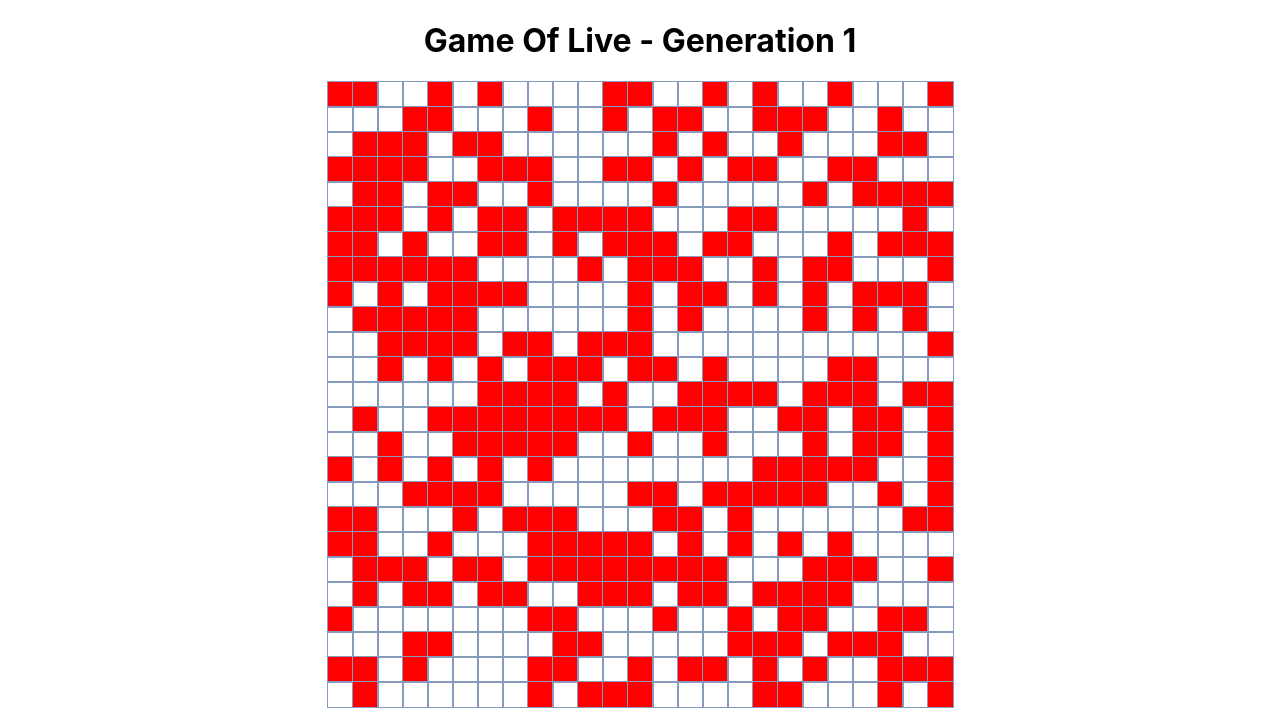
Repository: cfaguilera20/gol
Page: /
These files come from the project's save history. The page is drawn as it stood at one moment and after the next save; the edit follows.
The browser window is 1280 px wide. The pictures show the whole page.
The project was rebuilt for these pictures with package versions that can differ from the ones it lists, and the page was loaded fresh each time.

Above is the page before, as saved 2021-07-25 12:09:08.

### src/App.js
import './App.css';

import World from './components/World.jsx';

function App() {
    return (
        <div className="App">
            <World />
        </div>
    );
}

export default App;

### src/components/World.jsx
import React, { useState } from 'react';
import './World.css';

const WORLD_SIZE = 25;
const WORLD_POPULATION = Math.round(WORLD_SIZE * WORLD_SIZE * 0.25);

const World = (props) => {
    const [world, setWorld] = useState(
        createWorld(WORLD_SIZE, WORLD_POPULATION)
    );
    const [generation, setGenerarion] = useState(1);

    return (
        <>
            <h1>Game Of Live - Generation {generation}</h1>
            <div className="world">
                {world.board.map((row, rowIdx) => (
                    <div key={rowIdx} className="row">
                        {row.map((cell, cellIdx) => {
                            const className = getCellClassName(
                                cell.value,
                                world
                            );
                            return (
                                <div key={cellIdx} className={className}></div>
                            );
                        })}
                    </div>
                ))}
            </div>
        </>
    );
};

class Cell {
    constructor(x, y, value) {
        this.x = x;
        this.y = y;
        this.value = value;
    }
}

class Board {
    constructor(size, population) {
        this.size = size;
        this.currentPopulation = 0;
        this.population = population;
        this.board = [];
        this.createBoard();
    }

    createBoard() {
        for (let y = 0; y < this.size; y++) {
            this.board[y] = [];
            for (let x = 0; x < this.size; x++) {
                const isAlive = Math.round(Math.random());
                this.board[y][x] = new Cell(x, y, isAlive);
                this.population++;
            }
        }
    }

    getCell(x, y) {
        return this.board[y][x];
    }

    setCell(x, y, value) {
        this.board[y][x].value = value;
    }

    getNeighbors(x, y) {
        const neighbors = [];
        const neighborsIdx = [
            [1, 0],
            [-1, 0],
            [0, 1],
            [0, -1],
            [1, 1],
            [1, -1],
            [-1, 1],
            [-1, -1],
        ];
        neighborsIdx.forEach(([dx, dy]) => {
            const [nx, ny] = [x + dx, y + dy];
            if (nx >= 0 && nx < this.size && ny >= 0 && ny < this.size) {
                neighbors.push(this.board[ny][nx]);
            }
        });
        return neighbors;
    }
}

const createWorld = (WORLD_SIZE, WORLD_POPULATION) => {
    const board = new Board(WORLD_SIZE, WORLD_POPULATION);
    return board;
};

const getCellClassName = (cellValue, board) => {
    let className = 'cell';
    if (cellValue === 1) {
        className = 'cell cell-red';
    }
    return className;
};

export default World;

### src/components/world.css
.row {
    height: 25px;
}

.cell {
    width: 25px;
    height: 25px;
    outline: 1px solid rgb(134, 154, 189);
    display: inline-block;
}

.cell-green {
    background-color: green;
}

.cell-red {
    background-color: red;
}

.cell-purple {
    background-color: purple;
}

### src/components/Board.jsx
import React, { useState } from 'react';
import './World.css';

const WORLD_SIZE = 25;
const WORLD_POPULATION = Math.round(WORLD_SIZE * WORLD_SIZE * 0.25);

const Board = (props) => {
    const [world, setWorld] = useState(
        createWorld(WORLD_SIZE, WORLD_POPULATION)
    );
    const [generation, setGenerarion] = useState(1);

    return (
        <>
            <h1>Game Of Live - Generation {generation}</h1>
            <div className="world">
                {world.board.map((row, rowIdx) => (
                    <div key={rowIdx} className="row">
                        {row.map((cell, cellIdx) => {
                            const className = getCellClassName(
                                cell.value,
                                world
                            );
                            return (
                                <div key={cellIdx} className={className}></div>
                            );
                        })}
                    </div>
                ))}
            </div>
        </>
    );
};

class Cell {
    constructor(x, y, value) {
        this.x = x;
        this.y = y;
        this.value = value;
    }
}

class World {
    constructor(size, population) {
        this.size = size;
        this.currentPopulation = 0;
        this.population = population;
        this.board = [];
        this.createBoard();
    }

    createBoard() {
        for (let y = 0; y < this.size; y++) {
            this.board[y] = [];
            for (let x = 0; x < this.size; x++) {
                const isAlive = Math.round(Math.random());
                this.board[y][x] = new Cell(x, y, isAlive);
                this.population++;
            }
        }
    }

    getCell(x, y) {
        return this.board[y][x];
    }

    setCell(x, y, value) {
        this.board[y][x].value = value;
    }

    getNeighbors(x, y) {
        const neighbors = [];
        const neighborsIdx = [
            [1, 0],
            [-1, 0],
            [0, 1],
            [0, -1],
            [1, 1],
            [1, -1],
            [-1, 1],
            [-1, -1],
        ];
        neighborsIdx.forEach(([dx, dy]) => {
            const [nx, ny] = [x + dx, y + dy];
            if (nx >= 0 && nx < this.size && ny >= 0 && ny < this.size) {
                neighbors.push(this.board[ny][nx]);
            }
        });
        return neighbors;
    }
}

const createWorld = (WORLD_SIZE, WORLD_POPULATION) => {
    const board = new World(WORLD_SIZE, WORLD_POPULATION);
    return board;
};

const getCellClassName = (cellValue, board) => {
    let className = 'cell';
    if (cellValue === 1) {
        className = 'cell cell-red';
    }
    return className;
};

export default Board;

Loaded but not shown: public/index.html (common file); src/index.js (common file); src/index.css (common file); src/reportWebVitals.js (common file); src/App.css (common file)

After the next save:
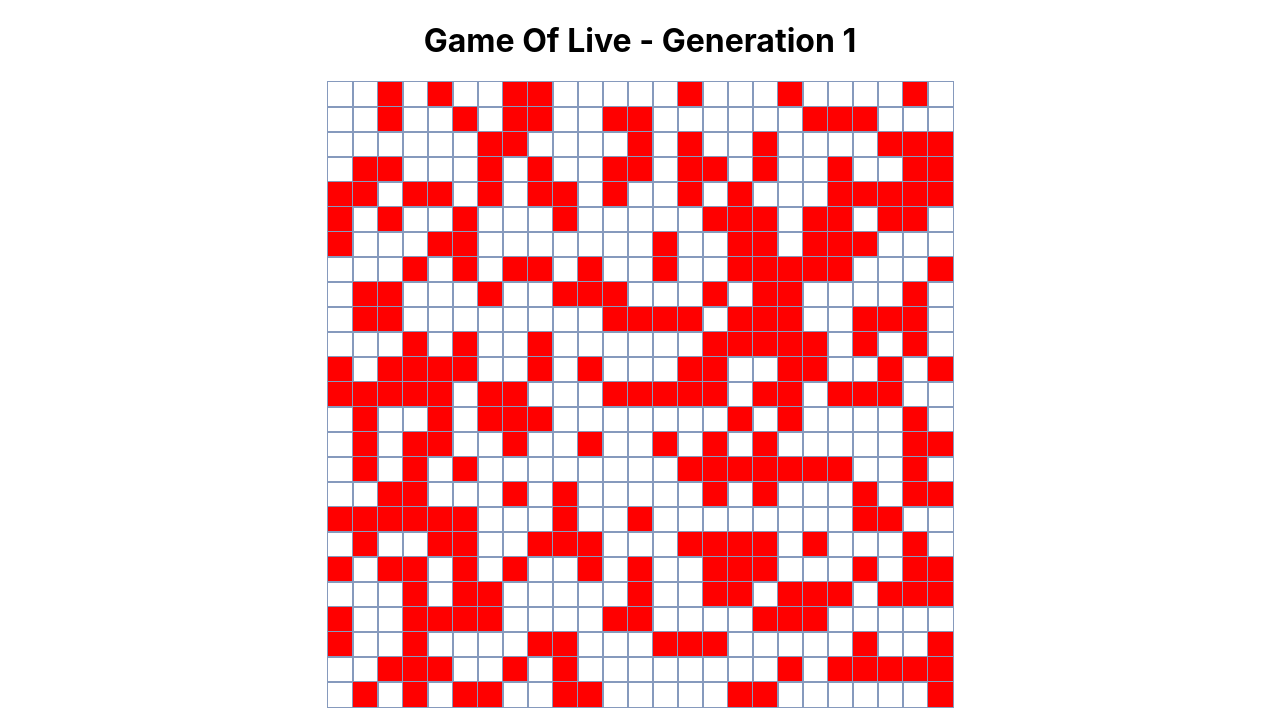
Saved 20 s later.
--- a/src/App.js
+++ b/src/App.js
@@ -1,11 +1,11 @@
 import './App.css';
 
-import World from './components/World.jsx';
+import Board from './components/Board.jsx';
 
 function App() {
     return (
         <div className="App">
-            <World />
+            <Board />
         </div>
     );
 }
